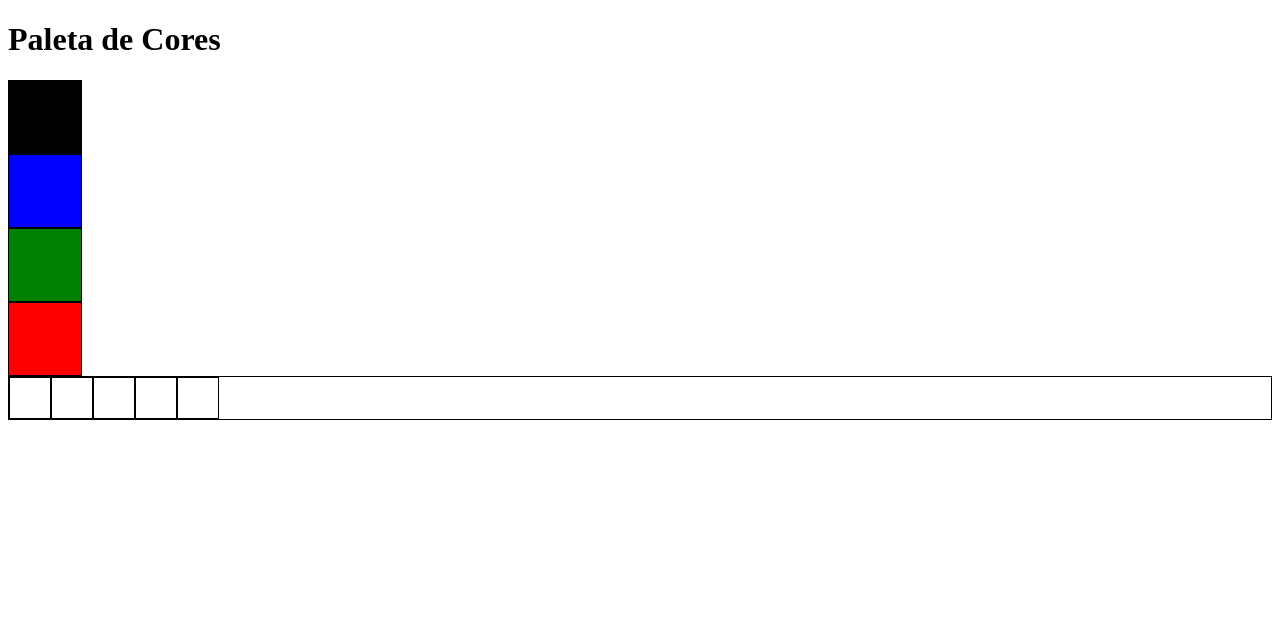
Repository: MuriloColleti/project-Pixer-Art
Page: index.html
An editor plug-in stored every save of this project. The page is shown before and after the next save, followed by the edit.
The browser window is 1280 px wide. The pictures show the whole page.

Above is the page before, as saved 2024-02-05 16:39:00.

After the next save:
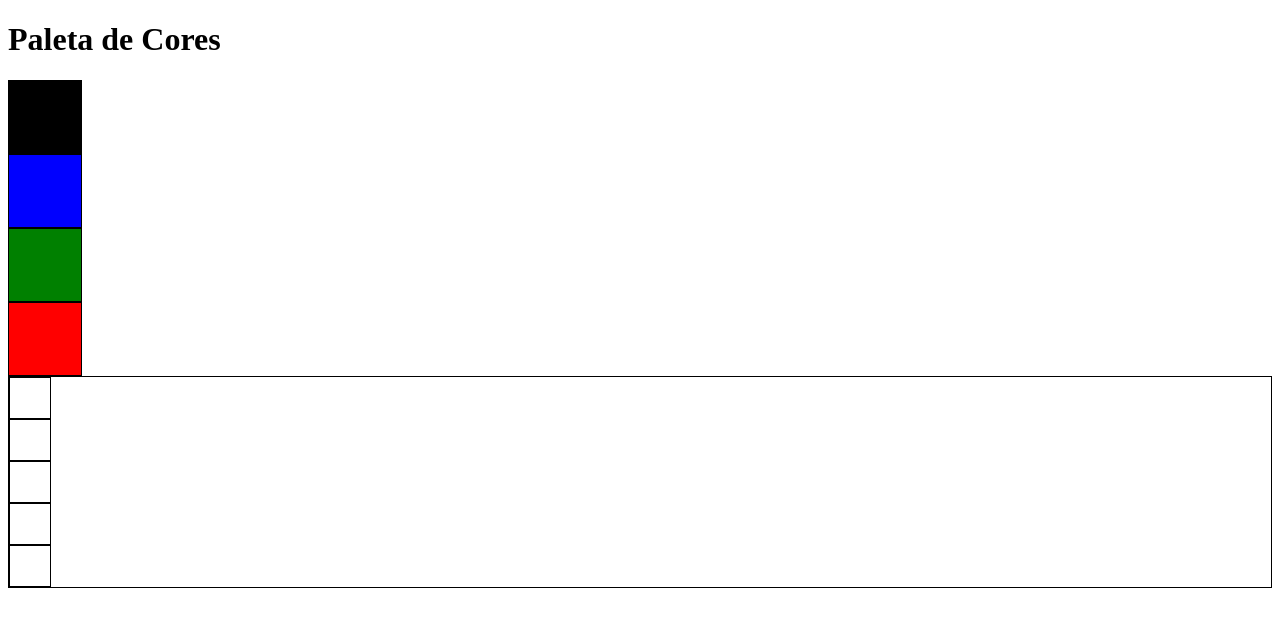
Saved 88 s later.
--- a/style.css
+++ b/style.css
@@ -31,4 +31,5 @@
 #pixel-board{
     border: 1px solid black;
     display: flex;
+    flex-direction: column;
 }
